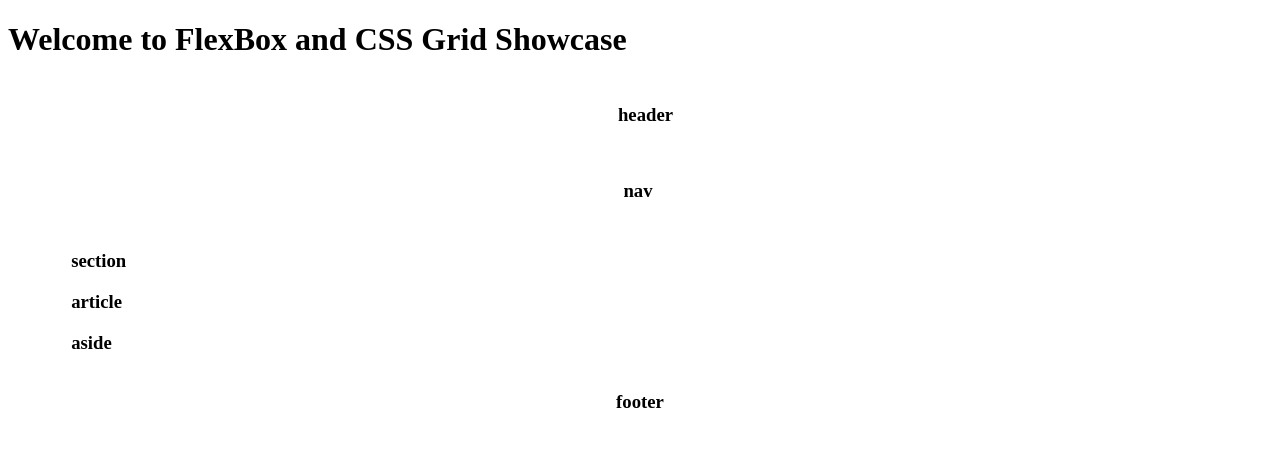
Repository: Awhit-commits/CSS_GRID_AND_FLEXBOX_LESSON
Page: index.html
The author's editor kept a copy of each file at every save. The page is drawn from the files as they stood at one save, then again after a run of saves.
The browser window is 1280 px wide. The pictures show the whole page.

Above is the page before, as saved 2020-12-21 17:53:49.

After the next 2 saves:
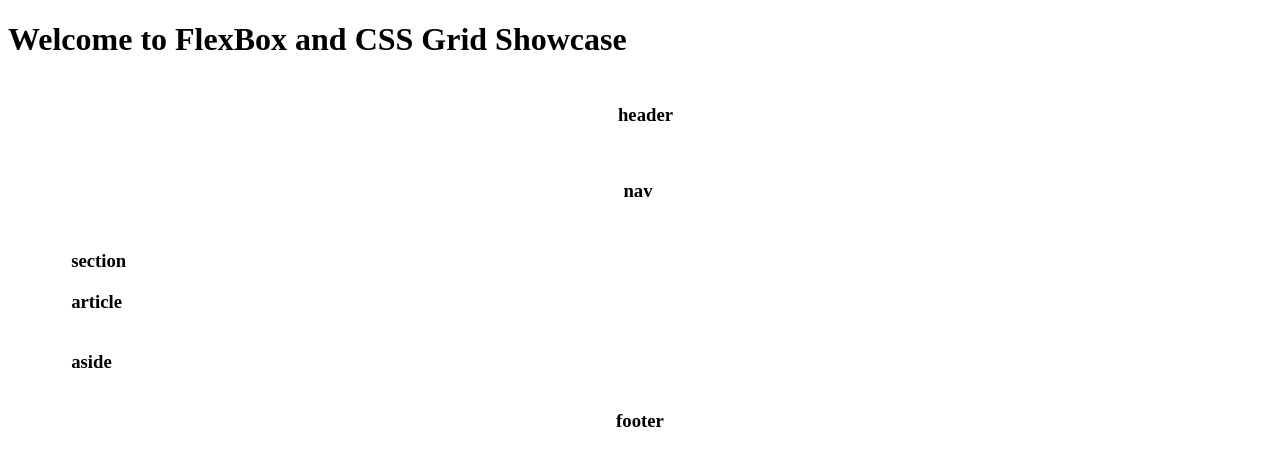
The 2 saves are shown as one change because they came seconds apart.
The last was saved 79 s later.
--- a/style.css
+++ b/style.css
@@ -27,8 +27,8 @@
     margin:10%;
     padding:10%;
 }
-.main .aside{
-    /* display: flex; */
+.aside{
+    display: flex;
     align-self:flex-end;
     /* align-items:center; */
     /* text-align: center; */

After the save that followed:
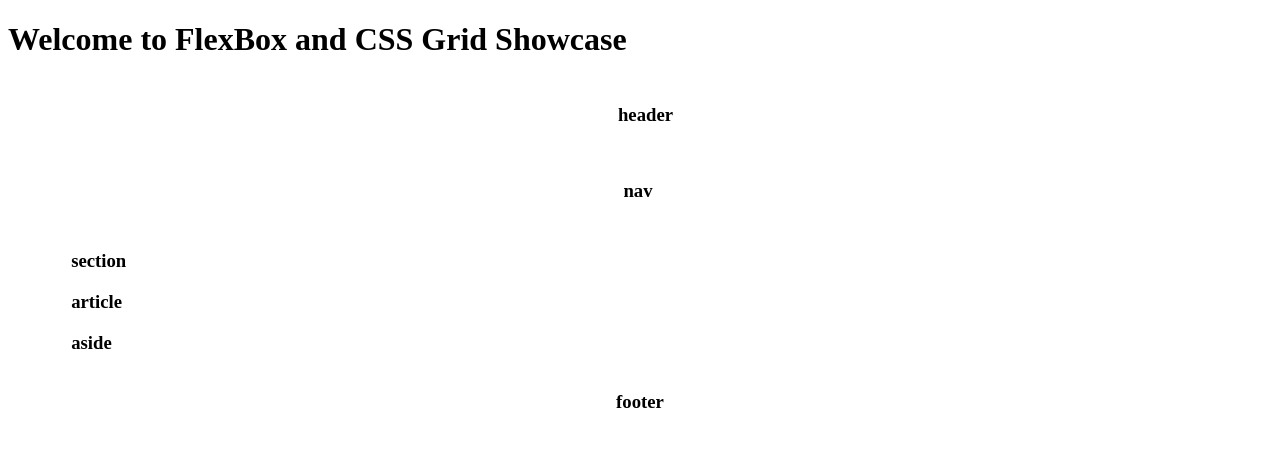
Saved 5 s later.
--- a/style.css
+++ b/style.css
@@ -28,7 +28,7 @@
     padding:10%;
 }
 .aside{
-    display: flex;
+    /* display: flex; */
     align-self:flex-end;
     /* align-items:center; */
     /* text-align: center; */
